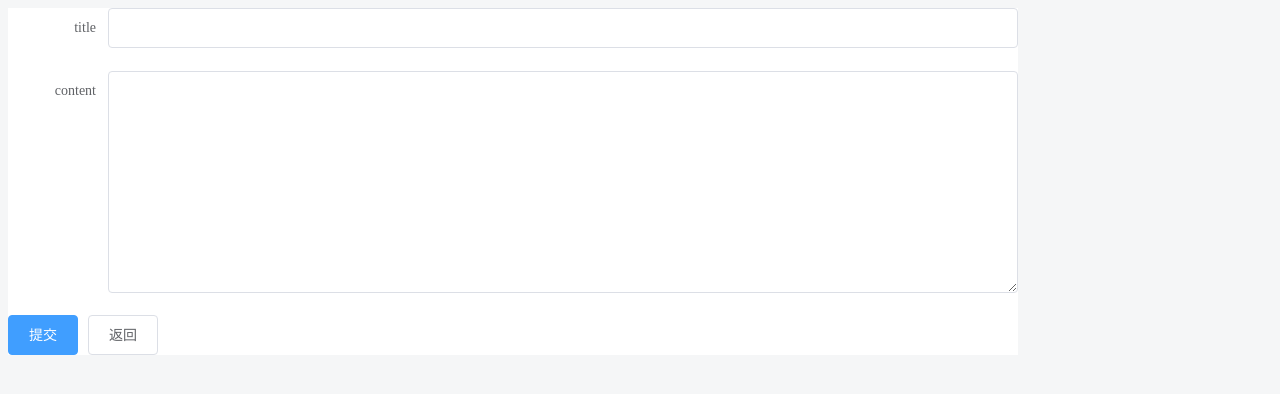
Repository: greden0814/myBlog
Page: /#/pages/articles/writing
The author's editor kept a copy of each file at every save. The page is drawn from the files as they stood at one save, then again after the next save.
The browser window is 1280 px wide. The pictures show the whole page.
The project was rebuilt for these pictures with package versions that can differ from the ones it lists, and the page was loaded fresh each time.

Above is the page before, as saved 2021-07-24 19:17:14.

After the next save:
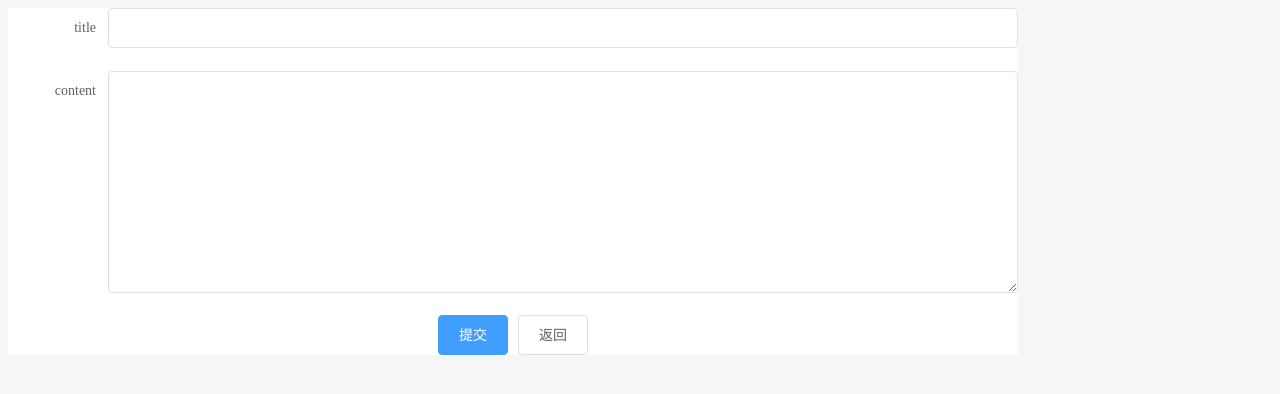
Saved 30 s later.
--- a/src/views/articles/writing.vue
+++ b/src/views/articles/writing.vue
@@ -7,7 +7,7 @@
         <el-form-item label="content" prop="content">
             <el-input v-model="content" type="textarea" rows="10"></el-input>
         </el-form-item>
-        <footer>
+        <footer class="footer">
             <el-button type="primary" click="submitArticle">提交</el-button>
             <el-button click="goBack">返回</el-button>
         </footer>
@@ -38,5 +38,8 @@ export default {
     .article {
         width: 1010px;
         background-color: white;
+        .footer {
+            text-align: center;
+        }
     }
 </style>
